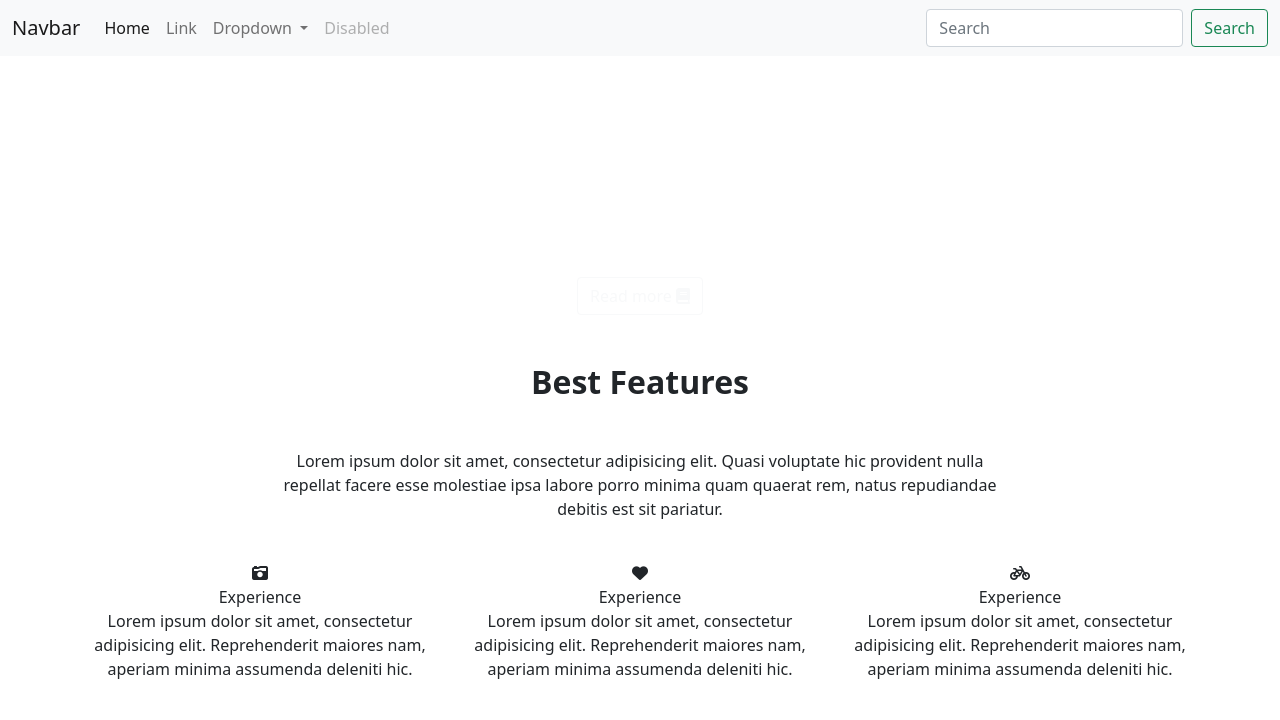
Repository: nptg3105/lab04-landing-page-boostrap5
Page: index.html
An editor plug-in stored every save of this project. The page is shown before and after the next save, followed by the edit.
The browser window is 1280 px wide. The pictures show the whole page.

Above is the page before, as saved 2021-12-19 10:19:17.

After the next save:
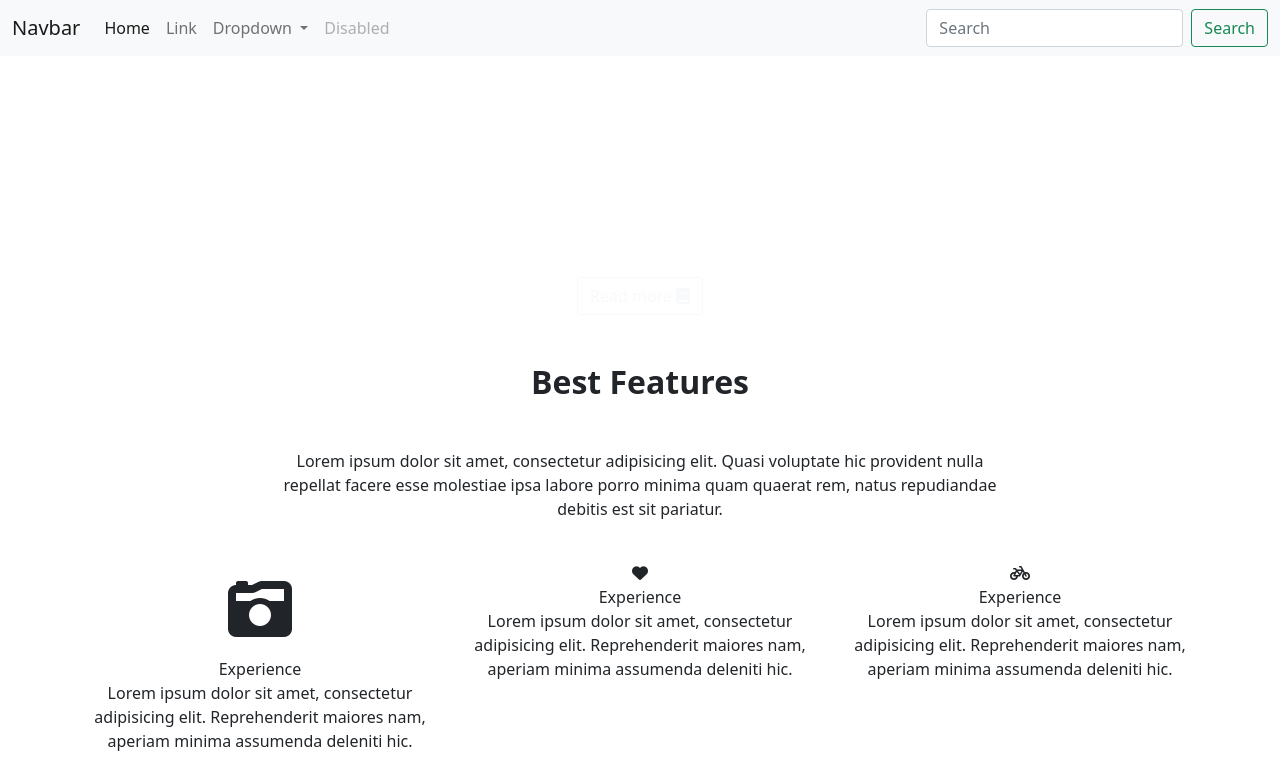
Saved 35 s later.
--- a/index.html
+++ b/index.html
@@ -97,7 +97,7 @@
             </div>
           <div class="feature__list row">
             <div class="feature__item col-md-4">
-              <div class="feature__icon"><i class="fas fa-camera-retro"></i></div>
+              <div class="feature__icon fa-4x"><i class="fas fa-camera-retro"></i></div>
               <div class="feature__title">Experience</div>
               <div class="feature__desc">Lorem ipsum dolor sit amet, consectetur adipisicing elit. Reprehenderit maiores nam, aperiam minima assumenda deleniti hic.</div>
             </div>
